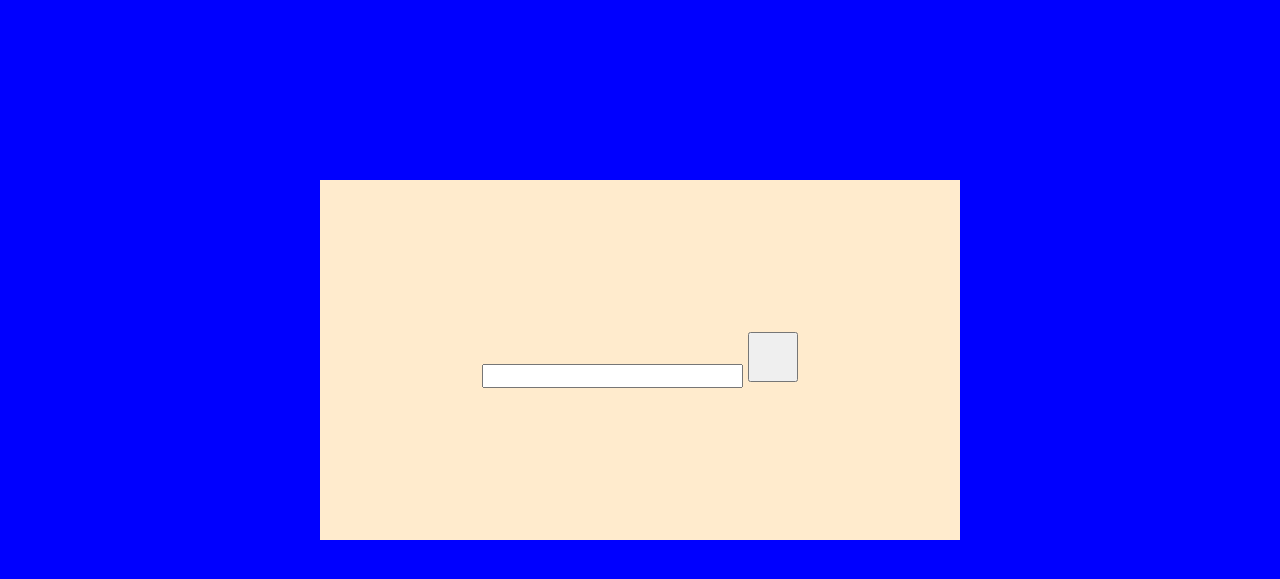
Repository: NarekTovmasyan/promise
Page: inex.html
These files come from the project's save history. The page is drawn as it stood at one moment and after the next save; the edit follows.
The browser window is 1280 px wide. The pictures show the whole page.

Above is the page before, as saved 2022-02-21 20:26:03.

After the next save:
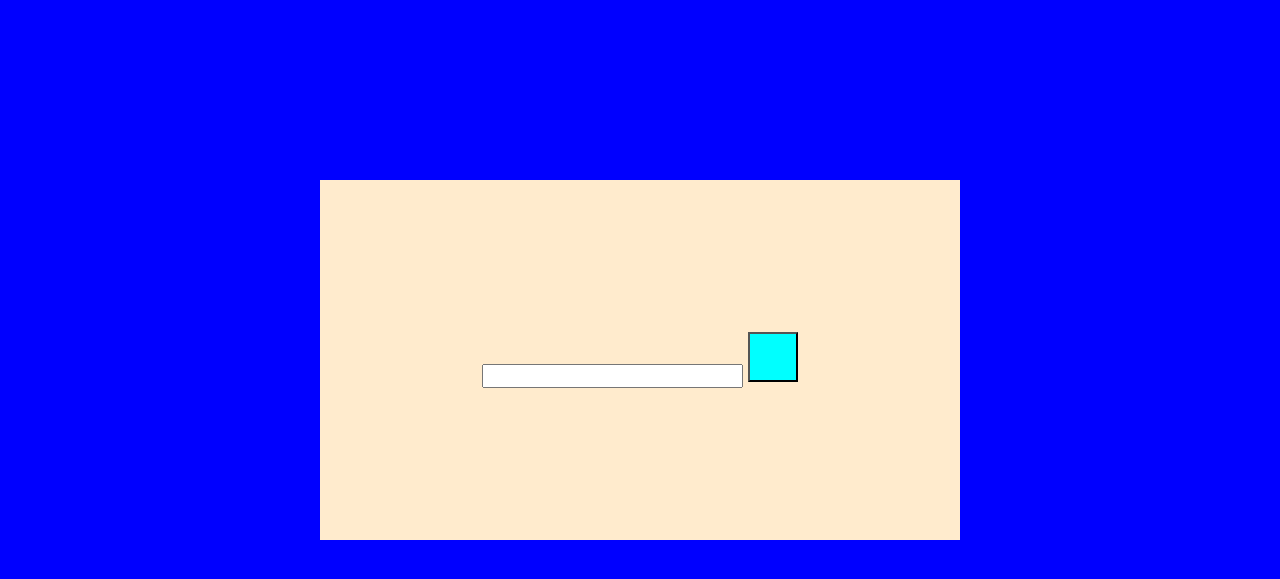
Saved 11 s later.
--- a/style.css
+++ b/style.css
@@ -34,4 +34,5 @@
 .btn {
     width: 50px;
     height: 50px;
+    background-color: aqua;
 }
